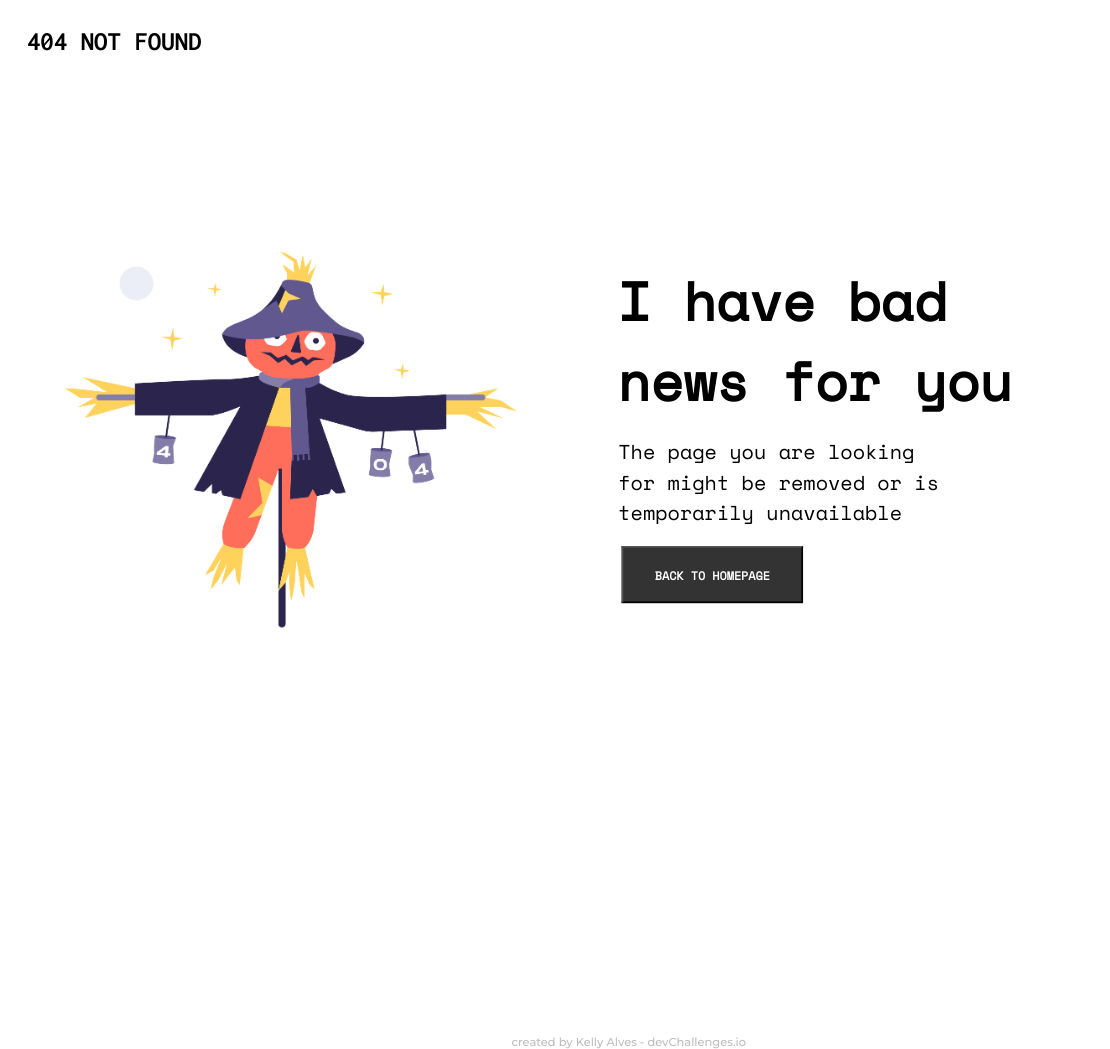
Repository: kellyalves87/404_not_found
Page: index.html
An editor plug-in stored every save of this project. The page is shown before and after a run of saves, followed by the edit.
The browser window is 1280 px wide. The page is 1321 px wide, so the pictures cover 1321 px, including what lies to the right of the window. The pictures show the whole page, at 84% of full size.

Above is the page before, as saved 2021-05-16 17:21:12.

After the next 2 saves:
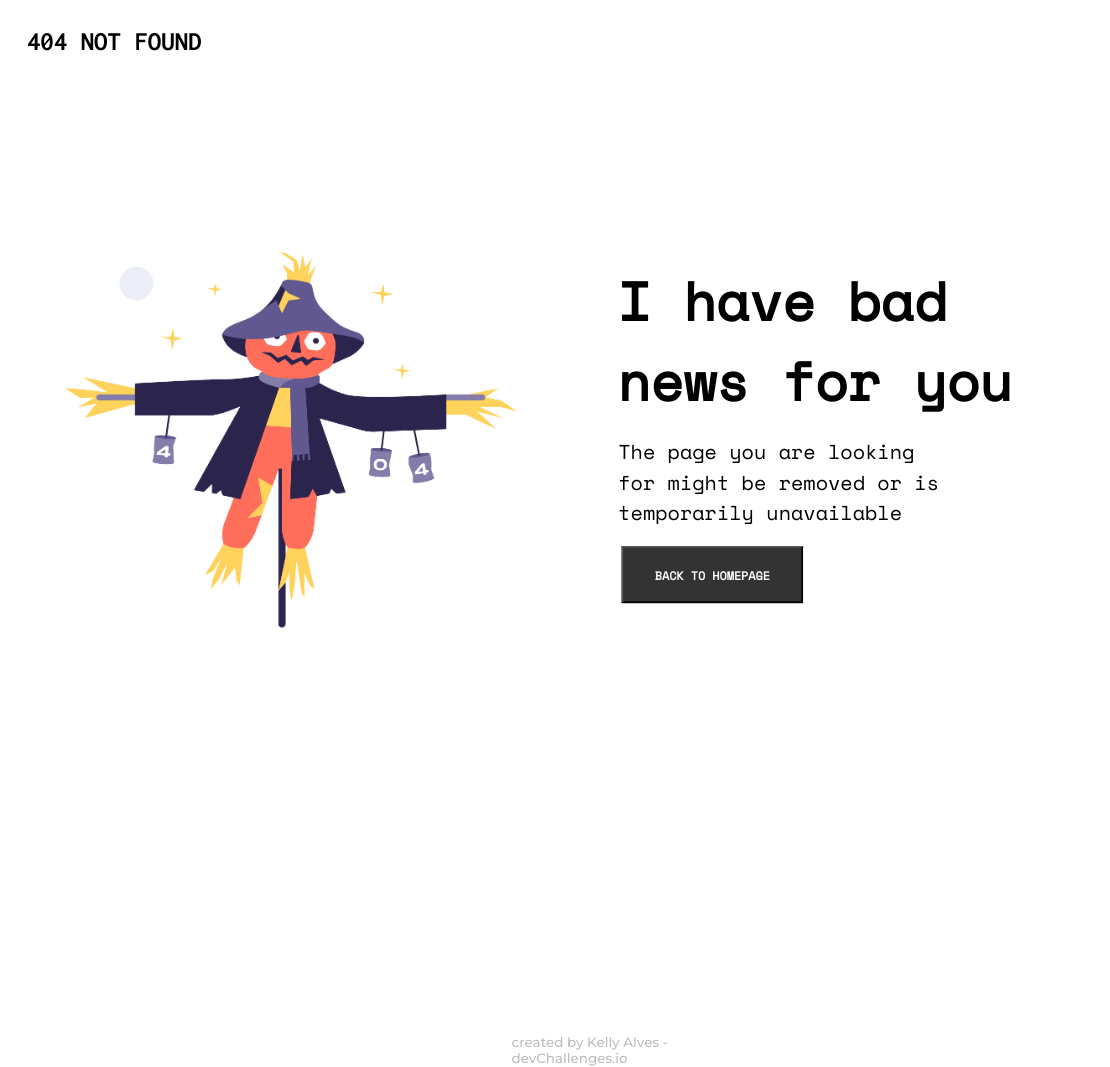
The 2 saves are shown as one change because they came seconds apart.
The last was saved 50 s later.
--- a/style/index.css
+++ b/style/index.css
@@ -183,10 +183,7 @@ button {
   }
 
   .footer {
-    font-size: 0.85rem;
-    position: absolute;
-    width: 287px;
-    height: 17px;
+    font-size: 1rem;
     left: 577px;
     top: 1200px;
   }
